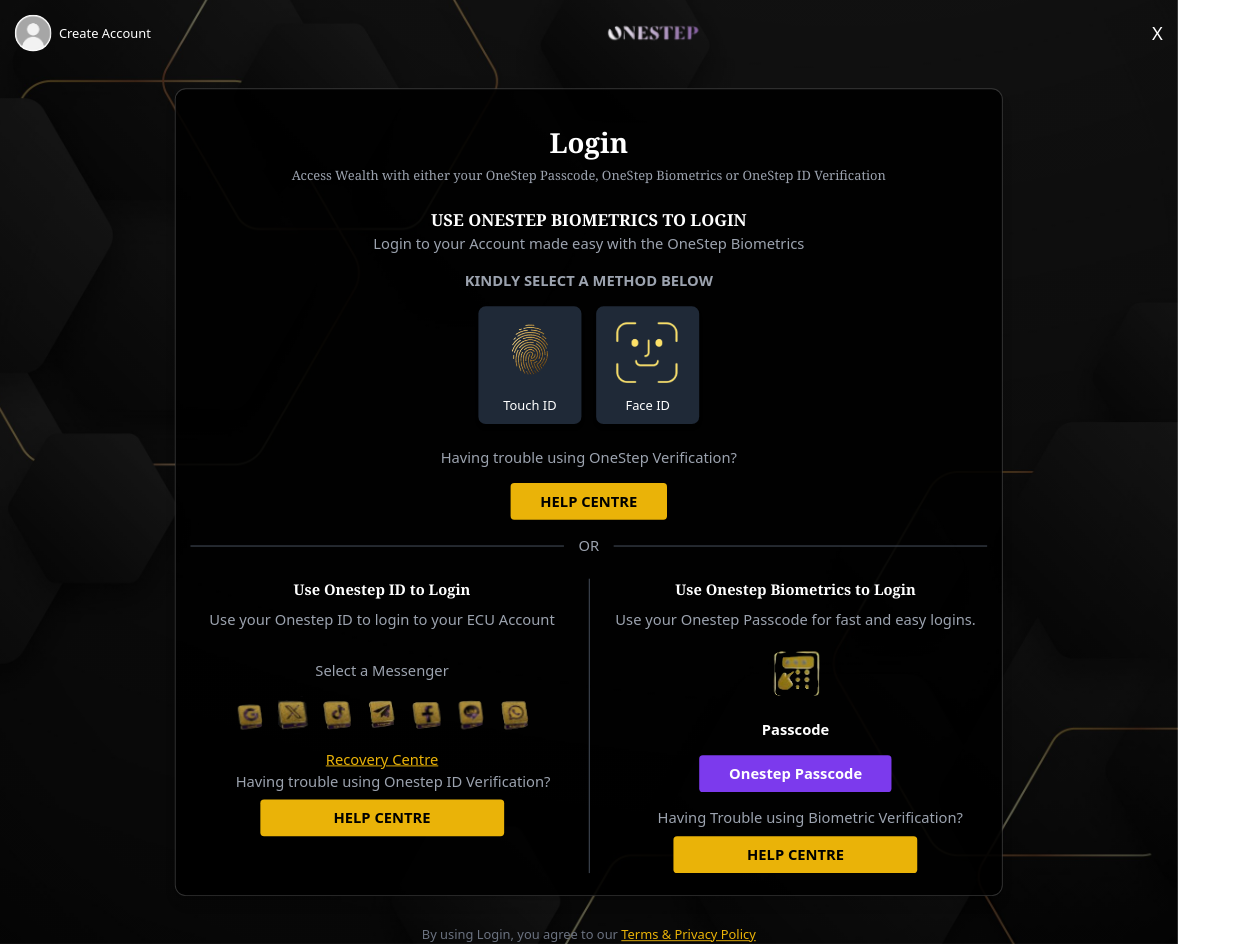
Repository: gloriousnetworker/onestep-authentication-system
Page: /biometrics-login
The author's editor kept a copy of each file at every save. The page is drawn from the files as they stood at one save, then again after a run of saves.
The browser window is 1280 px wide. The page is 1280 px wide, then 1370 px, so the pictures cover 1370 px, including what lies to the right of the window. The pictures show the whole page, at 92% of full size.
The project was rebuilt for these pictures with package versions that can differ from the ones it lists, and the page was loaded fresh each time. Also part of the build but not shown: vite.config.js, src/pages/LoginPage.jsx, src/pages/GrantAccess.jsx, src/pages/OTPVerificationPage.jsx, src/pages/AccountCreationPage.jsx, src/pages/PasswordPage.jsx, src/pages/BiometricsPage.jsx, src/pages/KYCPage.jsx and 1 more.

Above is the page before, as saved 2025-01-16 14:32:11.

After the next 5 saves:
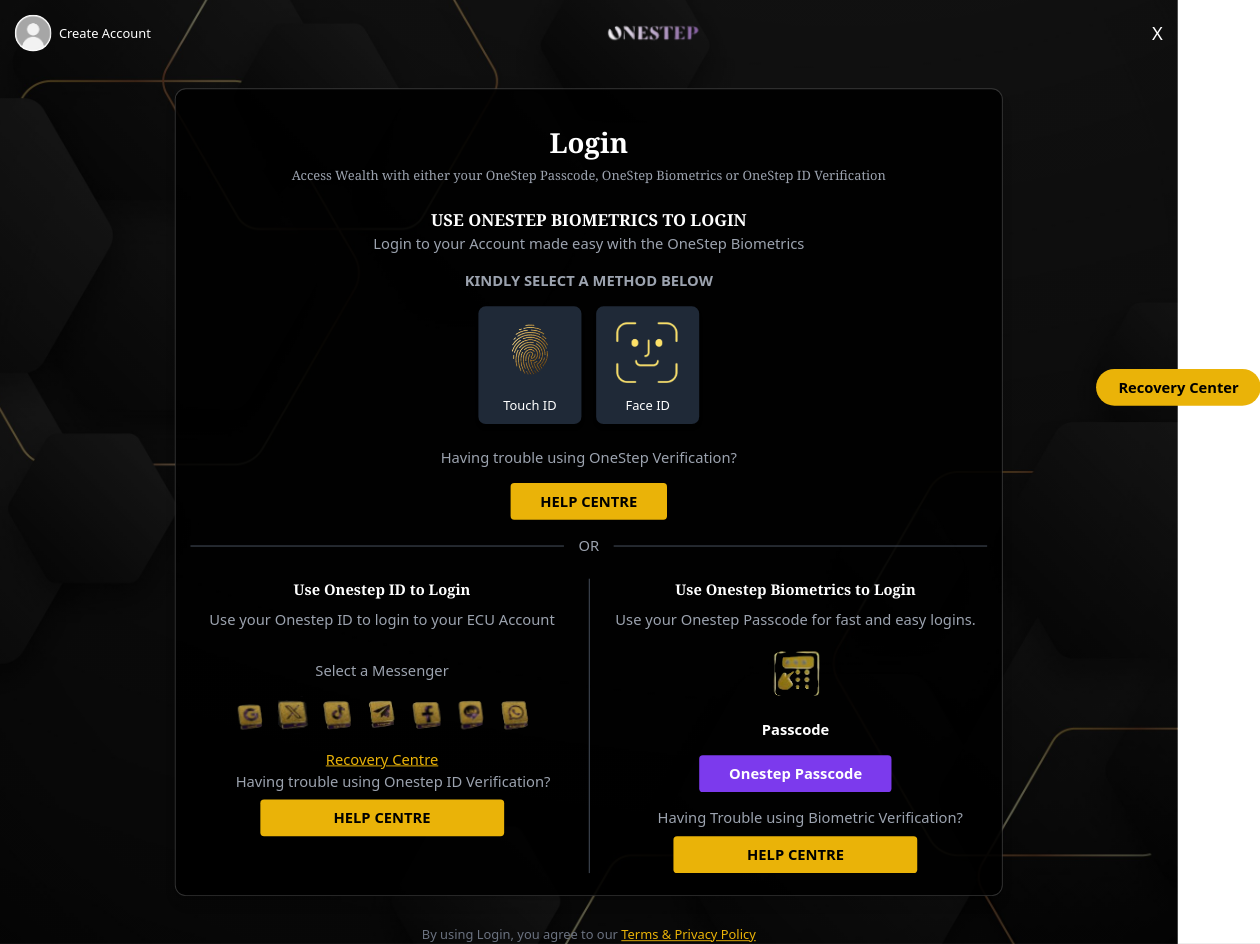
The 5 saves are shown as one change because they came seconds apart.
The last was saved 100 s later.
--- a/src/pages/BiometricLoginPage.jsx
+++ b/src/pages/BiometricLoginPage.jsx
@@ -144,6 +144,12 @@
             </button>
           </div>
         </div>
+
+        {/* New Recovery Center Button */}
+<button className="absolute top-12 right-0 translate-x-1/2 bg-yellow-500 hover:bg-yellow-600 text-black font-semibold px-6 py-2 -mr-48 rounded-full mt-64 hidden sm:block">
+  Recovery Center
+</button>
+
       </div>
 
       <div className="text-center text-sm text-gray-500 mt-8">
